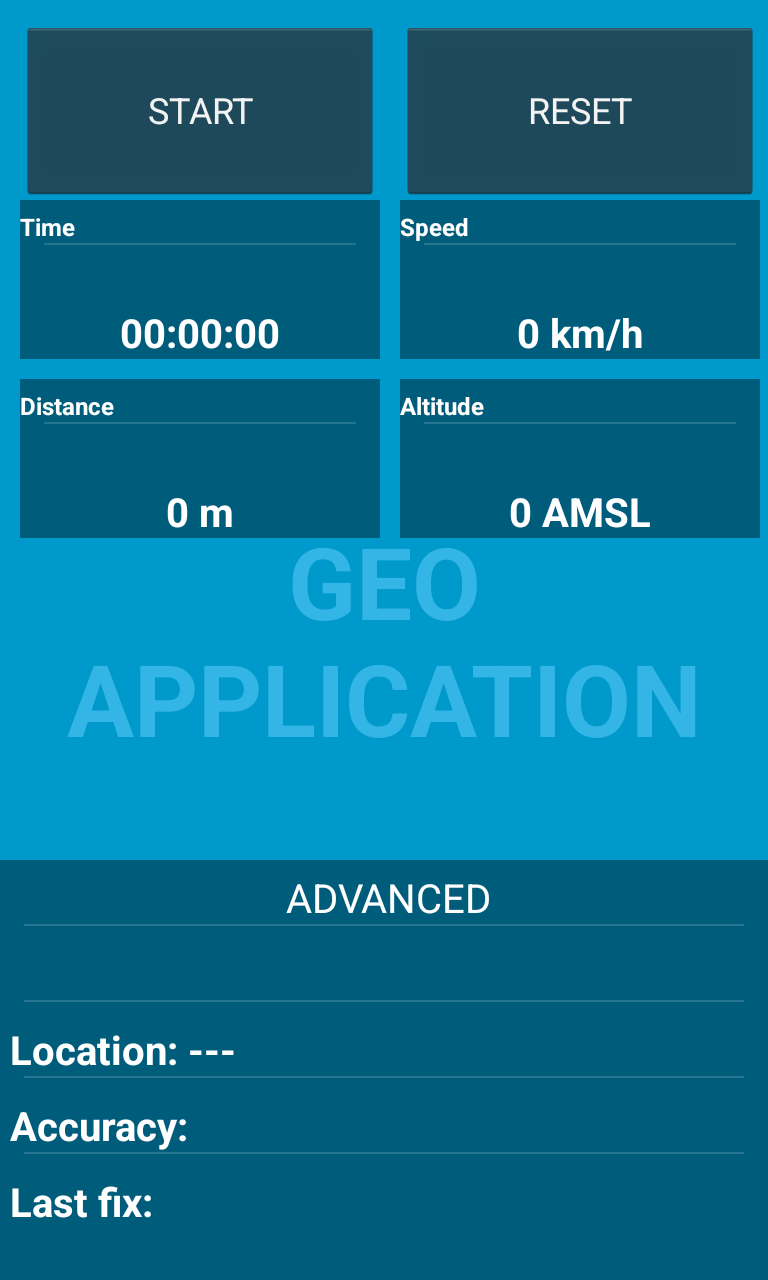
Repository: sebastianR1001/GeoApplication
Layout: GeoApplication/res/layout/activity_fullscreen.xml
These files come from the project's save history. The layout is drawn as it stood at one moment and after the next save; the edit follows.
It is drawn on a 768 x 1280 px phone screen (xhdpi) without system bars, with theme FullscreenTheme; the app's code is not run.

Above is the layout before, as saved 2014-10-24 18:17:59.

After the next save:
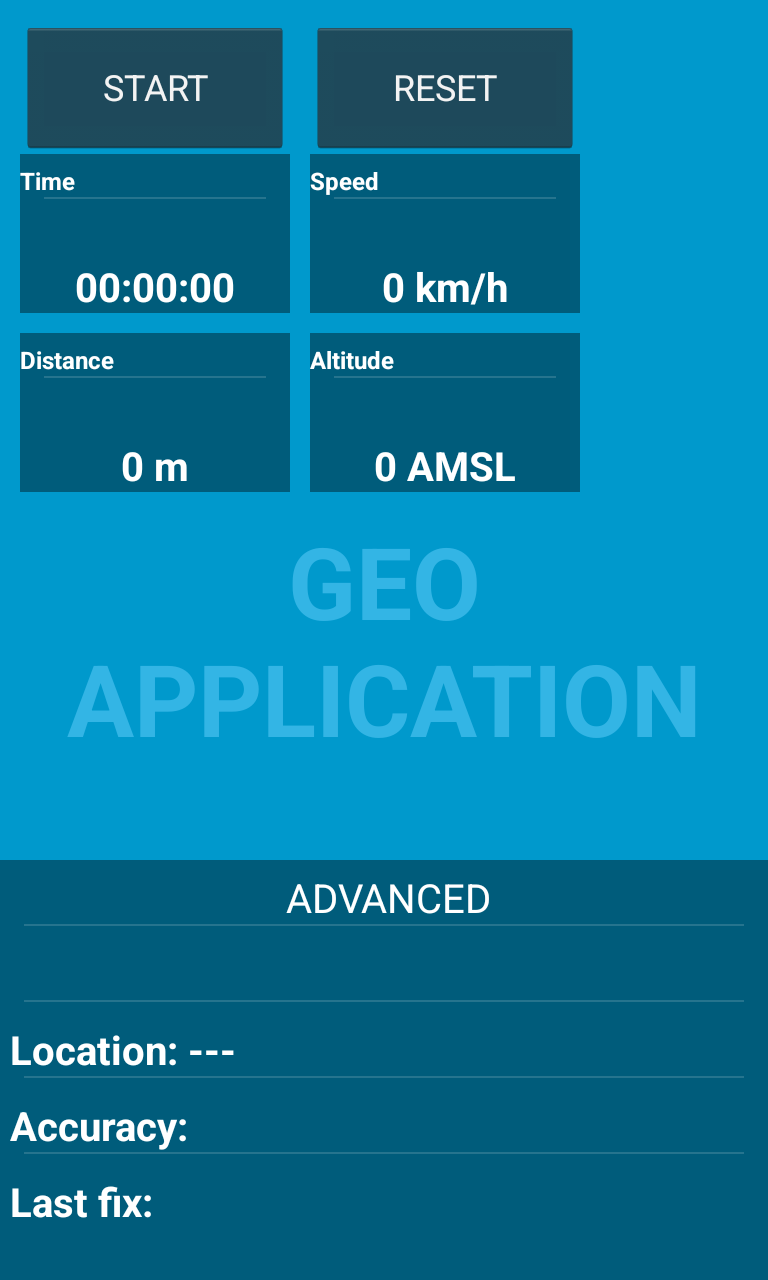
Saved 32 s later.
--- a/GeoApplication/res/layout/activity_fullscreen.xml
+++ b/GeoApplication/res/layout/activity_fullscreen.xml
@@ -36,14 +36,14 @@
 
             <Button
 		        android:id="@+id/startButton"
-		        android:layout_width="180dp"
-		        android:layout_height="90dp"
+		        android:layout_width="135dp"
+		        android:layout_height="67dp"
 		        android:text="@string/startButton" />
 
 		     <Button
 		        android:id="@+id/resetButton"
-		        android:layout_width="180dp"
-		        android:layout_height="90dp"
+		        android:layout_width="135dp"
+		        android:layout_height="67dp"
 		        android:layout_marginLeft="10dp"
 		        android:text="@string/resetButton" />
 
